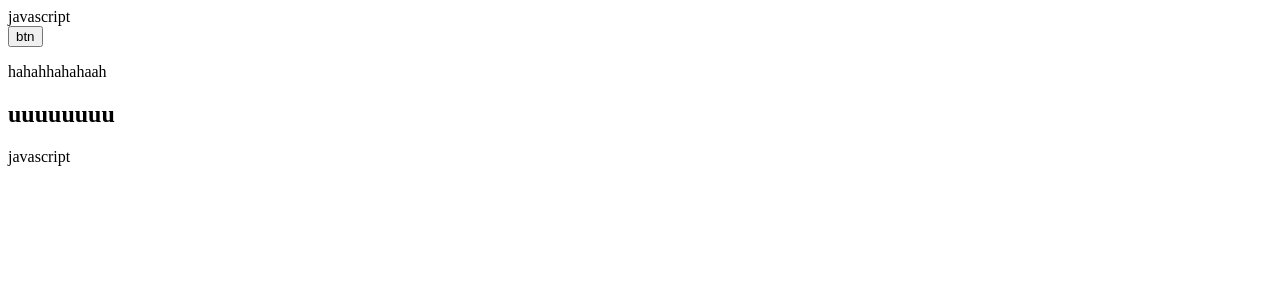
Repository: monijijian/VScodeProject
Page: test.html
These files come from the project's save history. The page is drawn as it stood at one moment and after the next save; the edit follows.
The browser window is 1280 px wide. The pictures show the whole page.
After loading, the first visible `#btn` was clicked once.

Above is the page before, as saved 2020-09-05 11:39:39.
Console error: TypeError: pp.write is not a function

### test.html
<!DOCTYPE html>
<html lang="en">
<head>
    <meta charset="UTF-8">
    <meta name="viewport" content="width=<device-width>, initial-scale=1.0">
    <title>Document</title>
    <script>
        document.write('javascript');
    </script>
</head>
<body>
    <div>
        <button id='btn'>btn</button>
        <p id='pp'>hahahhahahaah</p>
        <h2>uuuuuuuu</h2>
    </div>
    <script>
        document.write('javascript');
        var btn = document.getElementById('btn');
        var pp = document.getElementById('pp');
        btn.onclick = () => {
            pp.write("whatfuck!");
        }
    </script>
</body>
</html>

After the next save:
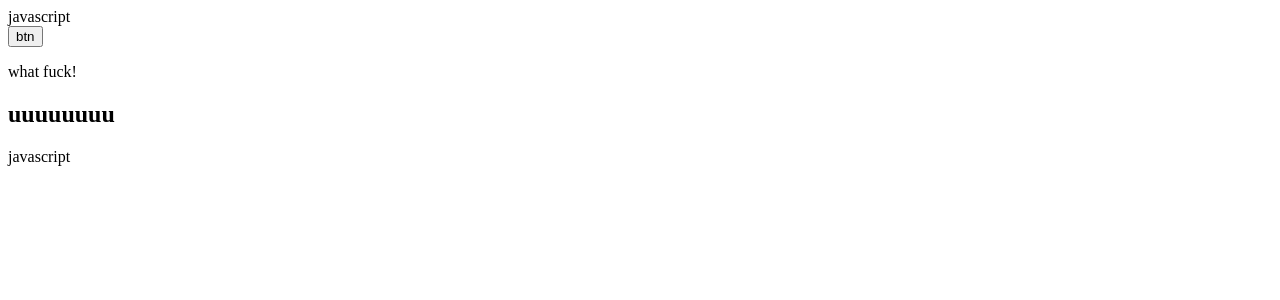
The error is gone.
Saved 54 s later.
--- a/test.html
+++ b/test.html
@@ -19,7 +19,7 @@
         var btn = document.getElementById('btn');
         var pp = document.getElementById('pp');
         btn.onclick = () => {
-            pp.write("whatfuck!");
+            pp.innerHTML = 'what fuck!'
         }
     </script>
 </body>
